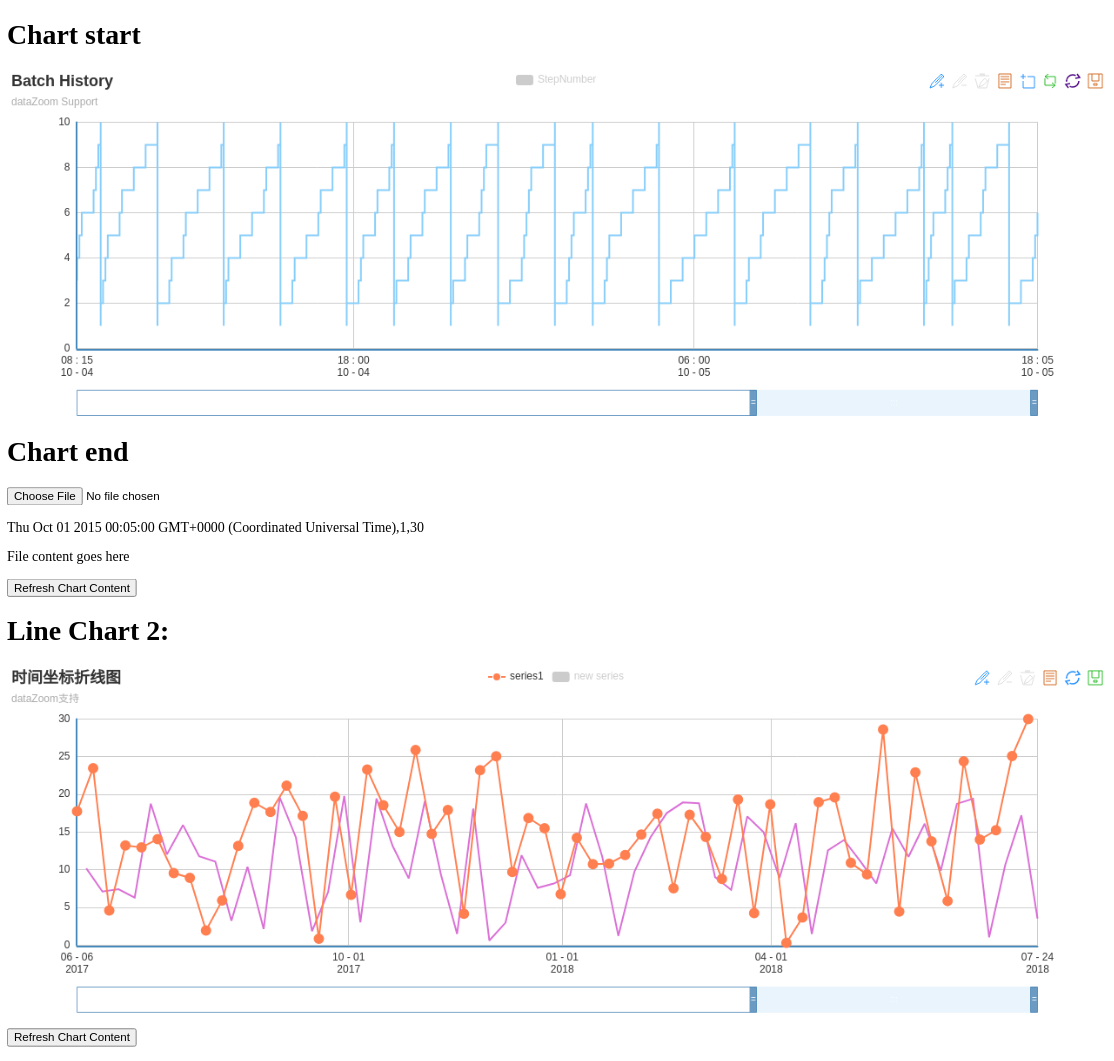
Repository: shutterfly2011/apache
Page: eChartTest/WebContent/LineChart.html
The author's editor kept a copy of each file at every save. The page is drawn from the files as they stood at one save, then again after the next save.
The browser window is 1280 px wide. The pictures show the whole page, at 87% of full size.

Above is the page before, as saved 2015-10-02 02:34:59.

After the next save:
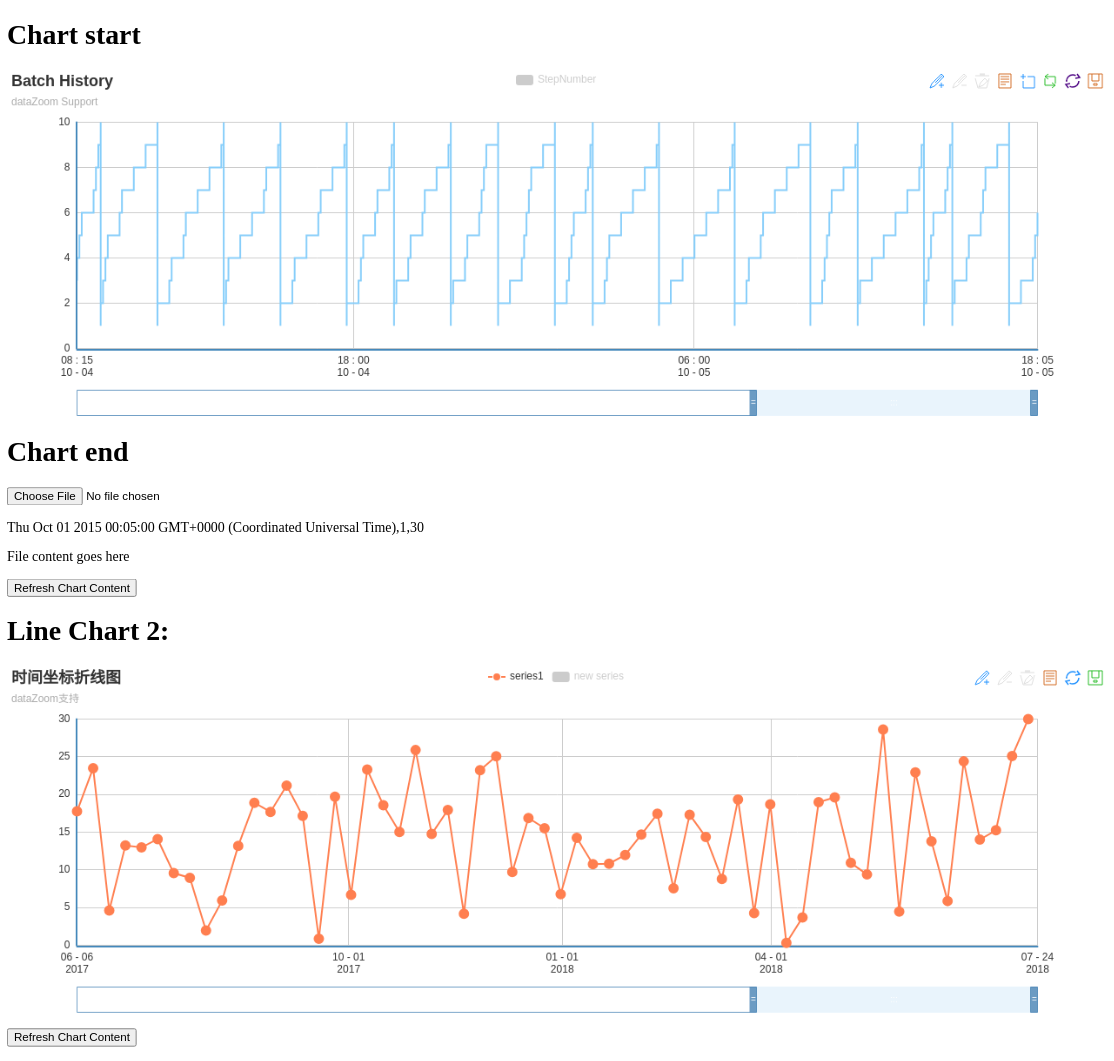
Saved 2 min 48 s later.
--- a/eChartTest/WebContent/LineChart.html
+++ b/eChartTest/WebContent/LineChart.html
@@ -223,7 +223,7 @@
 			        },
 			        {
 			        	name: 'new series!!',
-			        	type: 'line',
+			        	type: 'bar',
 				        showAllSymbol: false,
 				        data: (function(){
 				        	var d = [];
